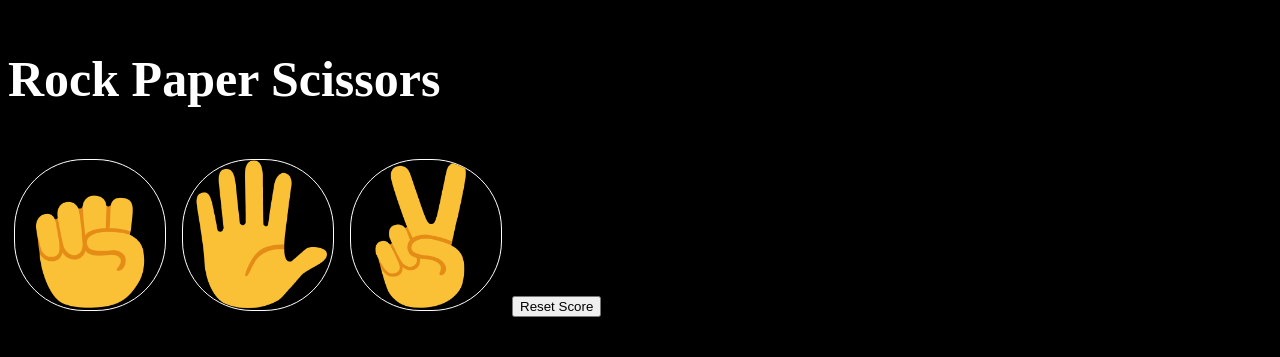
Repository: pgyunknown/Rock_paper_scissors-
Page: index.html
An editor plug-in stored every save of this project. The page is shown before and after the next save, followed by the edit.
The browser window is 1280 px wide. The pictures show the whole page.

Above is the page before, as saved 2024-08-30 17:05:14.

### index.html

<!DOCTYPE html>
<html>
  <head>
    <title>Rock Paper Scissors</title>
    <link rel="stylesheet" href="index.css">
  </head>
  <body>
    <p class="title">Rock Paper Scissors</p>
    <button onclick="
      playGame('rock');
    "class="emoji"><img src="images/rock-emoji.png" alt=""></button>

    <button onclick="
      playGame('paper');
    " class="emoji"><img src="images/paper-emoji.png" alt=""></button>

    <button onclick="
      playGame('scissors');
    " class="emoji"><img src="images/scissors-emoji.png" alt=""></button>

    <button onclick="
      score.wins = 0;
      score.losses = 0;
      score.ties = 0;
      localStorage.removeItem('score');
    ">Reset Score</button>

    <script src="index.js">

    </script>
  </body>
</html>

### index.css
body{
  background-color: black;
  color: white;
}
.title{
  font-size: 50px;
  font-weight: bold;
}

button img{
  height: 150px;
  width: 150px;
  background-color: black;
  border: 1px solid white;
  border-radius: 70px;
}
.emoji{
  background-color: black;
  border: none;
}

### index.js
      let score = JSON.parse(localStorage.getItem('score')) || {
        wins: 0,
        losses: 0,
        ties: 0
      };

      function pickComputerMove() {
        const randomNumber = Math.random();

        let computerMove = '';

        if (randomNumber >= 0 && randomNumber < 1 / 3) {
          computerMove = 'rock';
        } else if (randomNumber >= 1 / 3 && randomNumber < 2 / 3) {
          computerMove = 'paper';
        } else if (randomNumber >= 2 / 3 && randomNumber < 1) {
          computerMove = 'scissors';
      }

        return computerMove;
      }
      function playGame(playerMove) {
        const computerMove = pickComputerMove();

        let result = '';

        if (playerMove === 'scissors') {
          if (computerMove === 'rock') {
            result = 'You lose.';
          } else if (computerMove === 'paper') {
            result = 'You win.';
          } else if (computerMove === 'scissors') {
            result = 'Tie.';
          }

        } else if (playerMove === 'paper') {
          if (computerMove === 'rock') {
            result = 'You win.';
          } else if (computerMove === 'paper') {
            result = 'Tie.';
          } else if (computerMove === 'scissors') {
            result = 'You lose.';
          }

        } else if (playerMove === 'rock') {
          if (computerMove === 'rock') {
            result = 'Tie.';
          } else if (computerMove === 'paper') {
            result = 'You lose.';
          } else if (computerMove === 'scissors') {
            result = 'You win.';
          }
        }

        if (result === 'You win.') {
          score.wins += 1;
        } else if (result === 'You lose.') {
          score.losses += 1;
        } else if (result === 'Tie.') {
          score.ties += 1;
        }

        localStorage.setItem('score', JSON.stringify(score));

        alert(`You picked ${playerMove}. Computer picked ${computerMove}. ${result}
Wins: ${score.wins}, Losses: ${score.losses}, Ties: ${score.ties}`);
      }

After the next save:
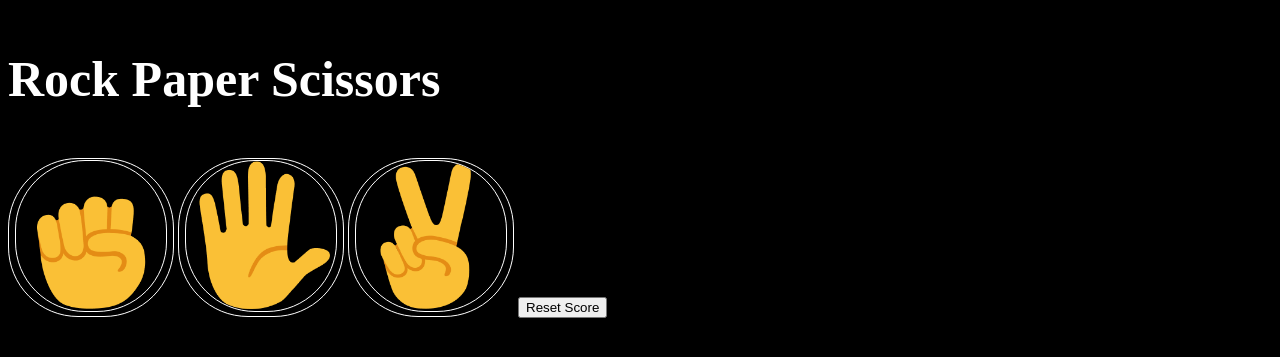
Saved 7 s later.
--- a/index.css
+++ b/index.css
@@ -17,4 +17,6 @@ button img{
 .emoji{
   background-color: black;
   border: none;
+    border: 1px solid white;
+  border-radius: 70px;
 }
